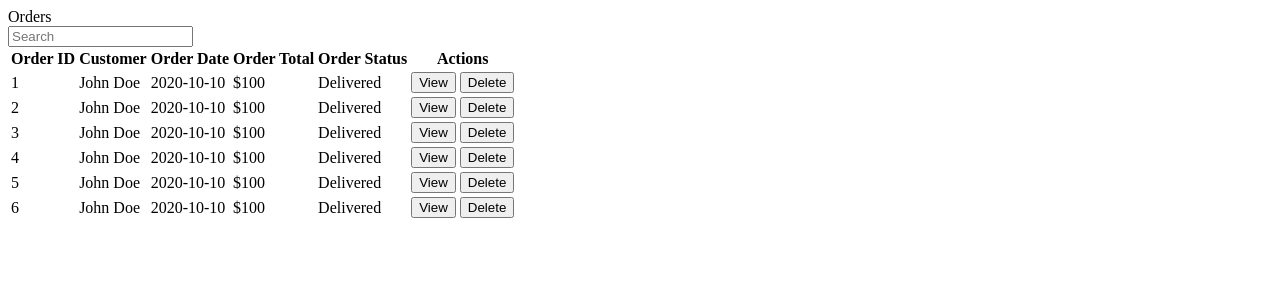
Repository: cjaymoni/FE_Submission02
Page: views/orders/orders.html
The author's editor kept a copy of each file at every save. The page is drawn from the files as they stood at one save, then again after the next save.
The browser window is 1280 px wide. The pictures show the whole page.

Above is the page before, as saved 2022-09-29 15:12:53.

### views/orders/orders.html
<div class="content">
  <div class="order-header">
    <div class="order-header-text">
      <span>Orders</span>
    </div>
    <div class="order-header-search">
      <input type="text" placeholder="Search" />
    </div>
  </div>

  <div class="order-table-div">
    <table>
      <thead>
        <tr>
          <th>Order ID</th>
          <th>Customer</th>
          <th>Order Date</th>
          <th>Order Total</th>
          <th>Order Status</th>
          <th>Actions</th>
        </tr>
      </thead>
      <tbody>
        <tr>
          <td>1</td>
          <td>John Doe</td>
          <td>2020-10-10</td>
          <td>$100</td>
          <td>Delivered</td>
          <td>
            <button class="btn btn-primary">View</button>
            <button class="btn btn-danger">Delete</button>
          </td>
        </tr>
        <tr>
          <td>2</td>
          <td>John Doe</td>
          <td>2020-10-10</td>
          <td>$100</td>
          <td>Delivered</td>
          <td>
            <button class="btn btn-primary">View</button>
            <button class="btn btn-danger">Delete</button>
          </td>
        </tr>
        <tr>
          <td>3</td>
          <td>John Doe</td>
          <td>2020-10-10</td>
          <td>$100</td>
          <td>Delivered</td>
          <td>
            <button class="btn btn-primary">View</button>
            <button class="btn btn-danger">Delete</button>
          </td>
        </tr>
        <tr>
          <td>4</td>
          <td>John Doe</td>
          <td>2020-10-10</td>
          <td>$100</td>
          <td>Delivered</td>
          <td>
            <button class="btn btn-primary">View</button>
            <button class="btn btn-danger">Delete</button>
          </td>
        </tr>
        <tr>
          <td>5</td>
          <td>John Doe</td>
          <td>2020-10-10</td>
          <td>$100</td>
          <td>Delivered</td>
          <td>
            <button class="btn btn-primary">View</button>
            <button class="btn btn-danger">Delete</button>
          </td>
        </tr>
        <tr>
          <td>6</td>
          <td>John Doe</td>
          <td>2020-10-10</td>
          <td>$100</td>
          <td>Delivered</td>
          <td>
            <button class="btn btn-primary">View</button>
            <button class="btn btn-danger">Delete</button>
          </td>
        </tr>
      </tbody>
    </table>
  </div>
</div>

After the next save:
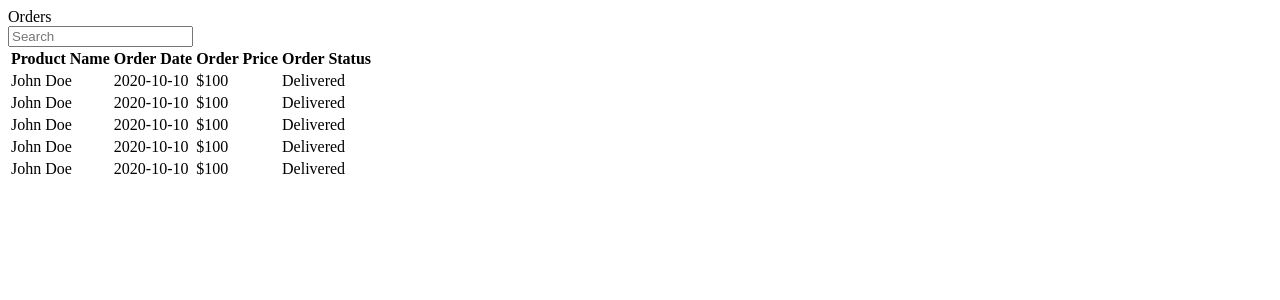
Saved 3 min 23 s later.
--- a/views/orders/orders.html
+++ b/views/orders/orders.html
@@ -12,80 +12,43 @@
     <table>
       <thead>
         <tr>
-          <th>Order ID</th>
-          <th>Customer</th>
+          <th>Product Name</th>
           <th>Order Date</th>
-          <th>Order Total</th>
+          <th>Order Price</th>
           <th>Order Status</th>
-          <th>Actions</th>
         </tr>
       </thead>
       <tbody>
         <tr>
-          <td>1</td>
           <td>John Doe</td>
           <td>2020-10-10</td>
           <td>$100</td>
           <td>Delivered</td>
-          <td>
-            <button class="btn btn-primary">View</button>
-            <button class="btn btn-danger">Delete</button>
-          </td>
         </tr>
         <tr>
-          <td>2</td>
           <td>John Doe</td>
           <td>2020-10-10</td>
           <td>$100</td>
           <td>Delivered</td>
-          <td>
-            <button class="btn btn-primary">View</button>
-            <button class="btn btn-danger">Delete</button>
-          </td>
         </tr>
         <tr>
-          <td>3</td>
           <td>John Doe</td>
           <td>2020-10-10</td>
           <td>$100</td>
           <td>Delivered</td>
-          <td>
-            <button class="btn btn-primary">View</button>
-            <button class="btn btn-danger">Delete</button>
-          </td>
         </tr>
         <tr>
-          <td>4</td>
           <td>John Doe</td>
           <td>2020-10-10</td>
           <td>$100</td>
           <td>Delivered</td>
-          <td>
-            <button class="btn btn-primary">View</button>
-            <button class="btn btn-danger">Delete</button>
-          </td>
         </tr>
+
         <tr>
-          <td>5</td>
           <td>John Doe</td>
           <td>2020-10-10</td>
           <td>$100</td>
           <td>Delivered</td>
-          <td>
-            <button class="btn btn-primary">View</button>
-            <button class="btn btn-danger">Delete</button>
-          </td>
-        </tr>
-        <tr>
-          <td>6</td>
-          <td>John Doe</td>
-          <td>2020-10-10</td>
-          <td>$100</td>
-          <td>Delivered</td>
-          <td>
-            <button class="btn btn-primary">View</button>
-            <button class="btn btn-danger">Delete</button>
-          </td>
         </tr>
       </tbody>
     </table>
